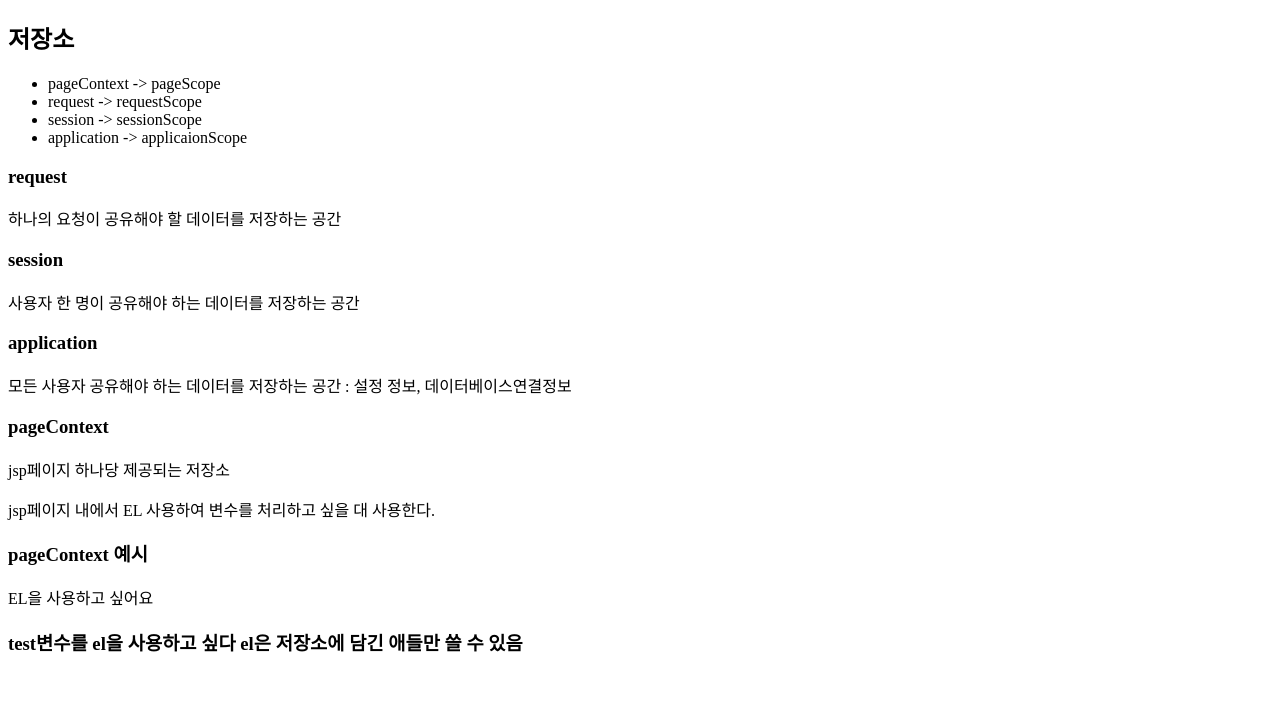
Repository: moonsae/jsp
Page: http://localhost/ELprj0908/el2
An editor plug-in stored every save of this project. The page is shown before and after the next save, followed by the edit.
The browser window is 1280 px wide. The pictures show the whole page.
The page is served by Tomcat 9. Other server files are loaded and not shown.

Above is the page before, as saved 2023-09-08 01:26:02.

### ELprj0908/src/main/webapp/WEB-INF/views/el2.jsp
<%@ page language="java" contentType="text/html; charset=UTF-8"
    pageEncoding="UTF-8"%>
<!DOCTYPE html>
<html>
<head>
<meta charset="UTF-8">
<title>Insert title here</title>
</head>
<body>

<h2> 저장소</h2>
<ul>
	<li>pageContext -> pageScope</li>
	<li>request -> requestScope</li>
	<li>session -> sessionScope</li>
	<li>application -> applicaionScope</li>
</ul>

<h3>request</h3>
<p>하나의 요청이 공유해야 할 데이터를 저장하는 공간</p>

<h3>session</h3>
<p> 사용자 한 명이 공유해야 하는 데이터를 저장하는 공간</p>

<h3>application</h3>
<p> 모든 사용자 공유해야 하는 데이터를 저장하는 공간 : 설정 정보, 데이터베이스연결정보</p>

<h3>pageContext</h3>
<p> jsp페이지 하나당 제공되는 저장소</p>
<p> jsp페이지 내에서 EL 사용하여 변수를 처리하고 싶을 대 사용한다.</p>

<h3>pageContext 예시</h3>
<% String test = "EL을 사용하고 싶어요"; %>
<%=test %>

<h3>test변수를 el을 사용하고 싶다 el은 저장소에 담긴 애들만 쓸 수 있음</h3>
${test}
</body>
</html>

### ELprj0908/src/main/java/elprj/EL2.java
package elprj;

import java.io.IOException;

import javax.servlet.ServletException;
import javax.servlet.annotation.WebServlet;
import javax.servlet.http.HttpServlet;
import javax.servlet.http.HttpServletRequest;
import javax.servlet.http.HttpServletResponse;

@WebServlet("/el2")
public class EL2 extends HttpServlet{

	@Override
	protected void doGet(HttpServletRequest req, HttpServletResponse resp) throws ServletException, IOException {


		//
		req.setAttribute("data", "hi el");

		req.getRequestDispatcher("WEB-INF/views/el2.jsp").forward(req, resp);

	}

}

After the next save:
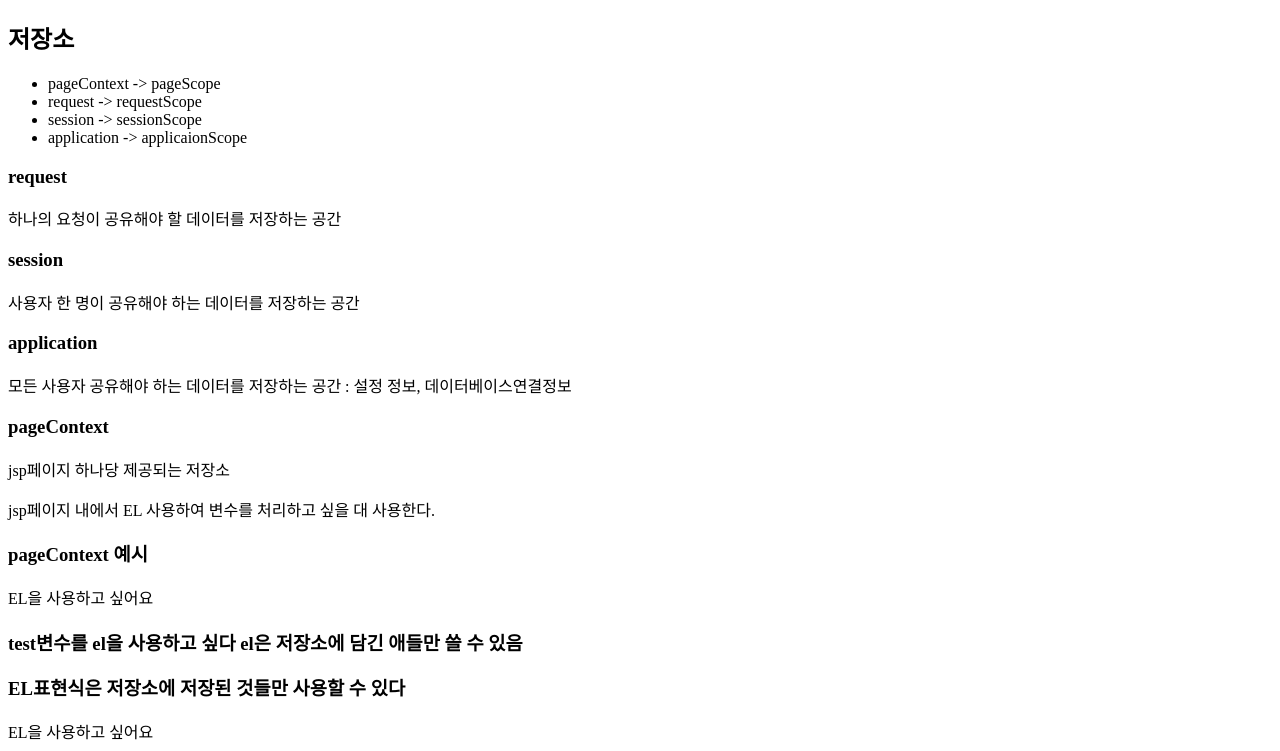
Saved 2 min 10 s later.
--- a/ELprj0908/src/main/webapp/WEB-INF/views/el2.jsp
+++ b/ELprj0908/src/main/webapp/WEB-INF/views/el2.jsp
@@ -34,6 +34,10 @@
 <%=test %>
 
 <h3>test변수를 el을 사용하고 싶다 el은 저장소에 담긴 애들만 쓸 수 있음</h3>
+<h3>EL표현식은 저장소에 저장된 것들만 사용할 수 있다</h3>
 ${test}
+
+<%pageContext.setAttribute("test1",test); %>
+${test1 }
 </body>
 </html>
